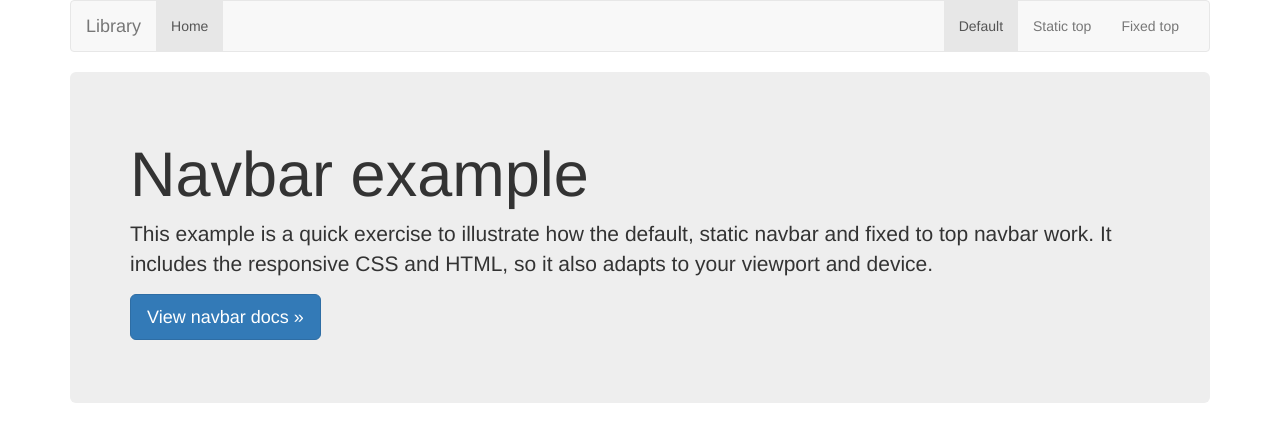
Repository: stefanyco/biblioteca
Page: http://localhost/Biblioteca/home.jsp
The author's editor kept a copy of each file at every save. The page is drawn from the files as they stood at one save, then again after the next save.
The browser window is 1280 px wide. The pictures show the whole page.
The page is served by Tomcat 9. Other server files are loaded and not shown.

Above is the page before, as saved 2016-11-06 22:27:51.

### Sistema Biblioteca/Biblioteca/WebContent/home.jsp
<%@ page language="java" contentType="text/html; charset=ISO-8859-1"
	pageEncoding="ISO-8859-1"%>
<!DOCTYPE html PUBLIC "-//W3C//DTD HTML 4.01 Transitional//EN" "http://www.w3.org/TR/html4/loose.dtd">
<html>
<head>
<meta http-equiv="Content-Type" content="text/html; charset=ISO-8859-1">
<link href="bootstrap.min.css" rel="stylesheet">
<title>Lybrary System</title>
</head>
<body>

	<div class="container">

		<!-- Static navbar -->
		<nav class="navbar navbar-default">
		<div class="container-fluid">
			<div class="navbar-header">
				<button type="button" class="navbar-toggle collapsed"
					data-toggle="collapse" data-target="#navbar" aria-expanded="false"
					aria-controls="navbar">
					<span class="sr-only">Toggle navigation</span> <span
						class="icon-bar"></span> <span class="icon-bar"></span> <span
						class="icon-bar"></span>
				</button>
				<a class="navbar-brand" href="#">Library</a>
			</div>
			<div id="navbar" class="navbar-collapse collapse">
				<ul class="nav navbar-nav">
					<li class="active"><a href="#">Home</a></li>
				</ul>
				<ul class="nav navbar-nav navbar-right">
					<li class="active"><a href="./">Default <span
							class="sr-only">(current)</span></a></li>
					<li><a href="../navbar-static-top/">Static top</a></li>
					<li><a href="../navbar-fixed-top/">Fixed top</a></li>
				</ul>
			</div>
			<!--/.nav-collapse -->
		</div>
		<!--/.container-fluid --> </nav>

		<!-- Main component for a primary marketing message or call to action -->
		<div class="jumbotron">
			<h1>Navbar example</h1>
			<p>This example is a quick exercise to illustrate how the
				default, static navbar and fixed to top navbar work. It includes the
				responsive CSS and HTML, so it also adapts to your viewport and
				device.</p>
			<p>
				<a class="btn btn-lg btn-primary" href="../../components/#navbar"
					role="button">View navbar docs &raquo;</a>
			</p>
		</div>

	</div>
	<!-- /container -->

</body>
</html>

Loaded but not shown: Sistema Biblioteca/Biblioteca/WebContent/bootstrap.min.css (library)

After the next save:
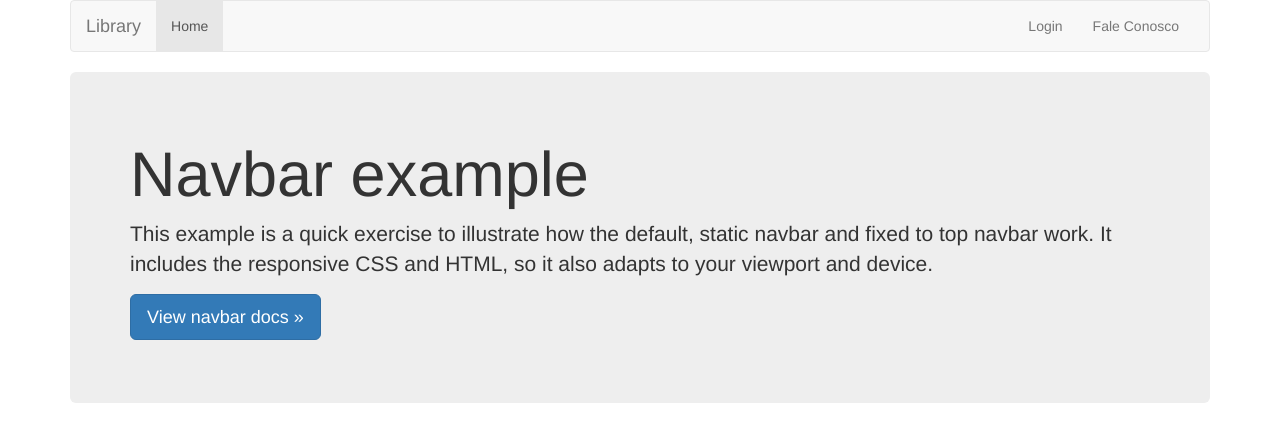
Saved 60 s later.
--- a/Sistema Biblioteca/Biblioteca/WebContent/home.jsp
+++ b/Sistema Biblioteca/Biblioteca/WebContent/home.jsp
@@ -29,10 +29,8 @@
 					<li class="active"><a href="#">Home</a></li>
 				</ul>
 				<ul class="nav navbar-nav navbar-right">
-					<li class="active"><a href="./">Default <span
-							class="sr-only">(current)</span></a></li>
-					<li><a href="../navbar-static-top/">Static top</a></li>
-					<li><a href="../navbar-fixed-top/">Fixed top</a></li>
+					<li><a href="../navbar-static-top/">Login</a></li>
+					<li><a href="../navbar-fixed-top/">Fale Conosco</a></li>
 				</ul>
 			</div>
 			<!--/.nav-collapse -->
